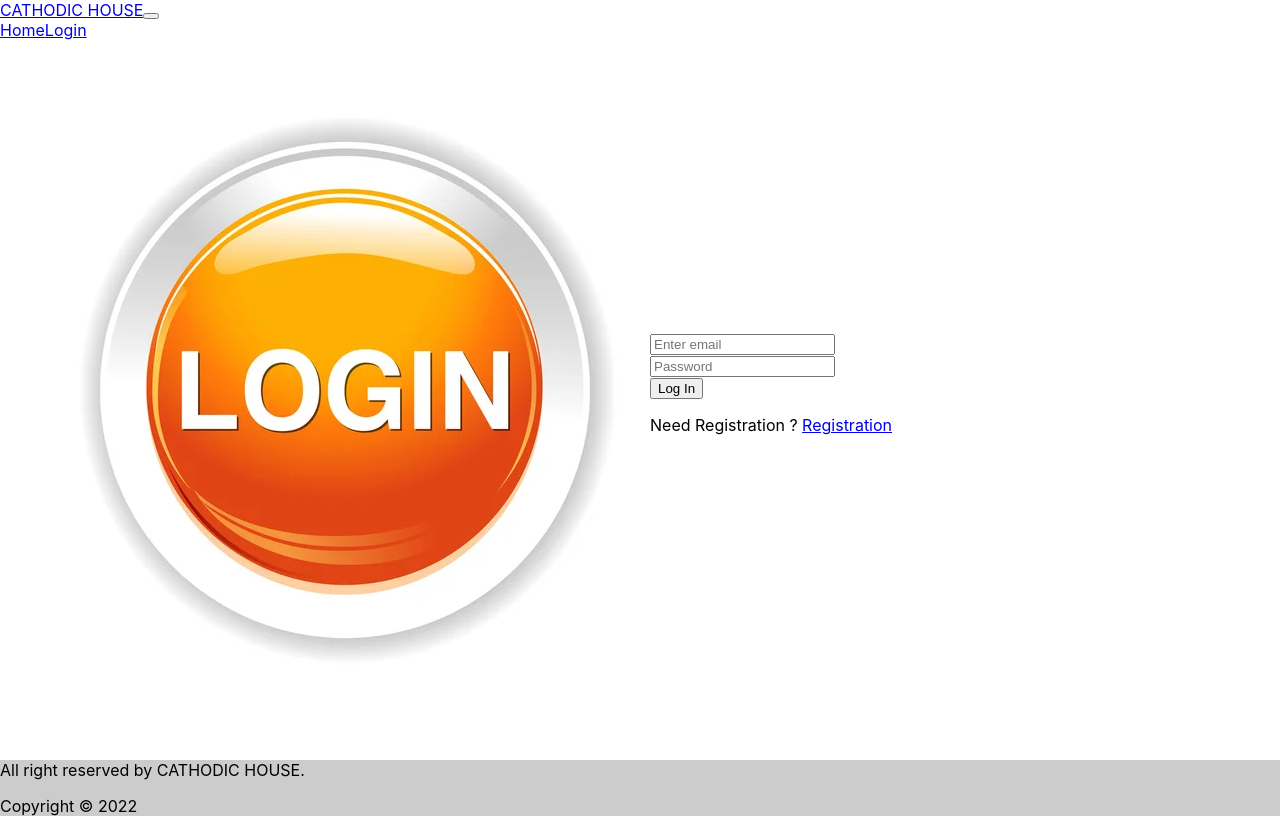
Repository: grnisna/warehouse-management-client-11
Page: /login
The author's editor kept a copy of each file at every save. The page is drawn from the files as they stood at one save, then again after the next save.
The browser window is 1280 px wide. The pictures show the whole page.
The project was rebuilt for these pictures with package versions that can differ from the ones it lists, and the page was loaded fresh each time. Also part of the build but not shown: src/components/Home/Carosel/Carosel.css, src/components/Home/Carosel/Carosel.js, src/components/Hooks/UseItems/UseItems.js, src/components/Home/Item/Item.css, src/components/Home/Item/Item.js, src/components/Home/Items/Items.css, src/components/Home/Items/Items.js, src/components/Home/Home.js and 4 more.

Above is the page before, as saved 2022-05-09 23:33:33.

After the next save:
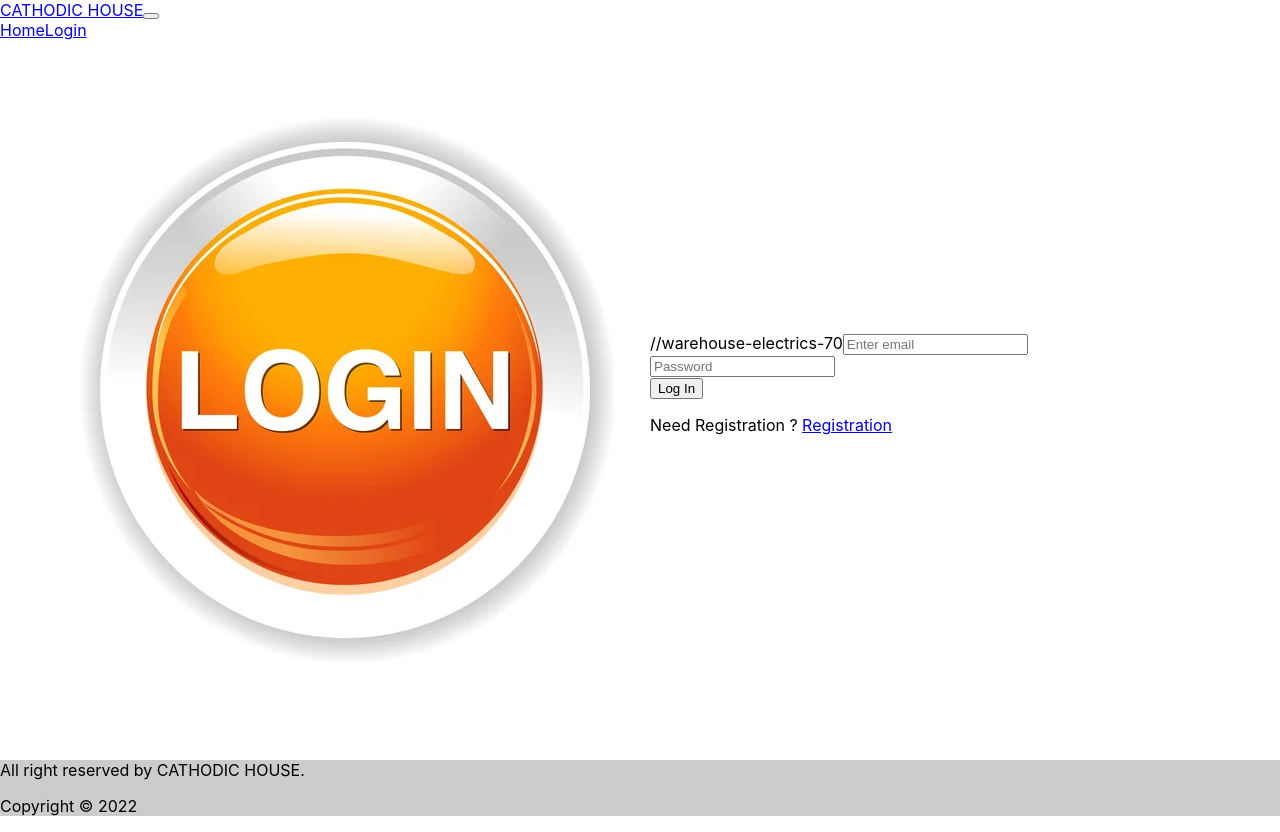
Saved 47 s later.
--- a/src/components/Login/Login/Login.js
+++ b/src/components/Login/Login/Login.js
@@ -47,7 +47,7 @@
 
 
                     <Form.Group className="mb-3" controlId="formBasicEmail">
-
+//warehouse-electrics-70
                         <Form.Control type="email" name='email' placeholder="Enter email" />
                     </Form.Group>
 

After the save that followed:
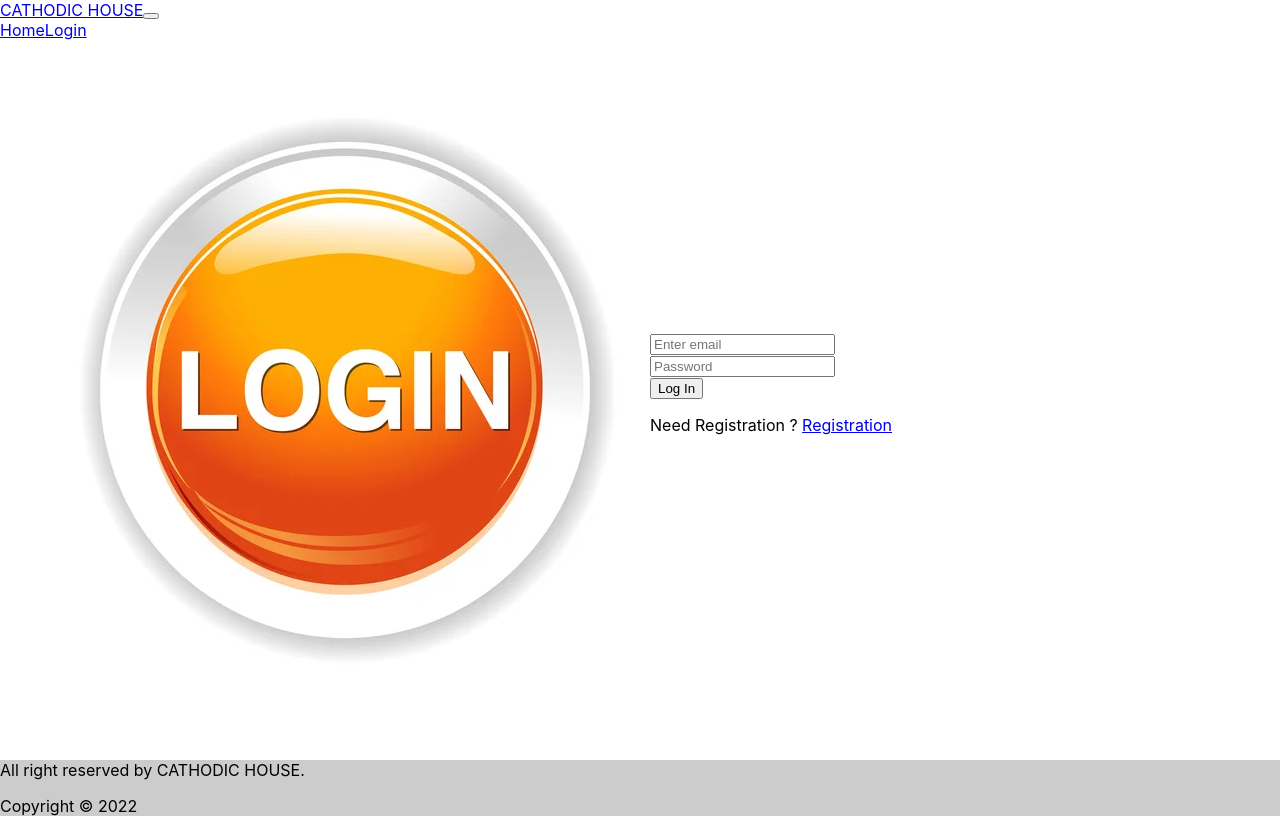
Saved 16 s later.
--- a/src/components/Login/Login/Login.js
+++ b/src/components/Login/Login/Login.js
@@ -47,7 +47,7 @@
 
 
                     <Form.Group className="mb-3" controlId="formBasicEmail">
-//warehouse-electrics-70
+
                         <Form.Control type="email" name='email' placeholder="Enter email" />
                     </Form.Group>
 
